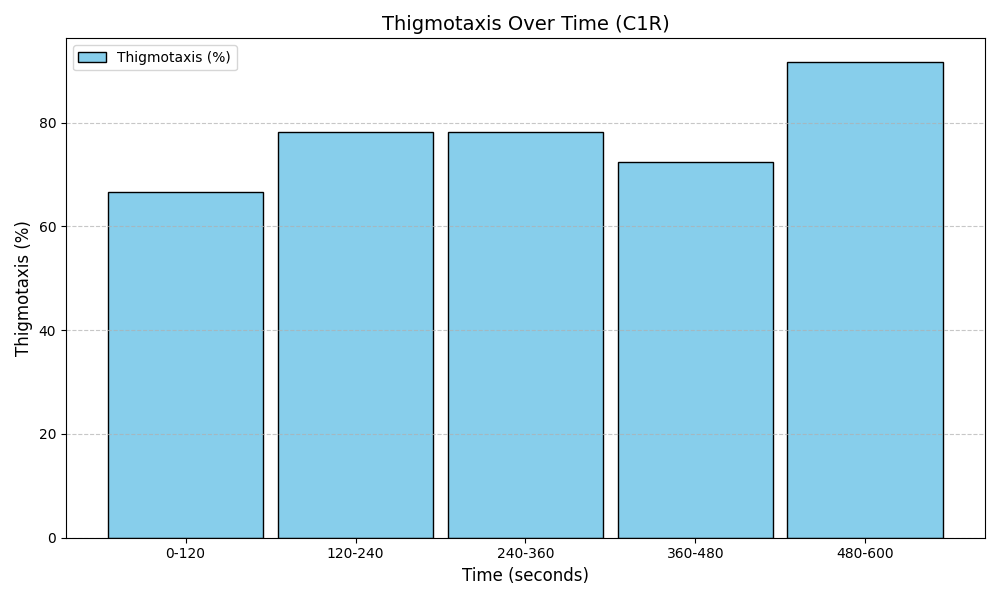
Repository: ZoharBNH5/Behavioral-Testing-Laboratory
Script's output: python bhave_tests.py
The author's editor kept a copy of each file at every save. The script's output is drawn from the files as they stood at one save, then again after the next save.
Random numbers start from a fixed seed. It also reads C1R_271124_new.mat, C2R_271124_new.mat.

Above is the script's output before, as saved 2024-11-29 12:52:13.

### bhave_tests.py
import numpy as np
import scipy.io


import matplotlib.pyplot as plt
from scipy.io import loadmat
import matplotlib.pyplot



# load data from file
data = loadmat('C1R_271124_new.mat')
mouse_num = "C1R"

print(data.keys())
# Extract grooming start-stop data
grooming_start_stop = data.get('grooming_start_stop', None)
crossing_times = data.get('crossing_times', None)
periphery_times = data.get('periphery_times', None)

if crossing_times is not None and periphery_times is not None and grooming_start_stop is not None:
    # Flatten arrays for processing
    crossing_times = crossing_times.flatten()
    periphery_times = periphery_times.flatten()
    grooming_start_stop = grooming_start_stop.T  # Transpose grooming data for easier handling

# Define bins (2-minute intervals over 10 minutes)
    bin_edges = np.arange(0, 600 + 120, 120)  # Bins of 2 minutes (120 seconds)
    bin_centers = (bin_edges[:-1] + bin_edges[1:]) / 2  # Midpoints for plotting

# Calculate Thigmotaxis per bin
    thigmotaxis_values = []
    for start, end in zip(bin_edges[:-1], bin_edges[1:]):
        # Filter crossing and peripheral crossing within the current bin
        crossings_in_bin = (crossing_times >= start) & (crossing_times < end)
        periphery_in_bin = (periphery_times >= start) & (periphery_times < end)

        total_crossings = np.sum(crossings_in_bin)
        peripheral_crossings = np.sum(periphery_in_bin)

        # Calculate Thigmotaxis for the bin
        thigmotaxis = (peripheral_crossings / total_crossings) * 100 if total_crossings > 0 else 0
        thigmotaxis_values.append(thigmotaxis)

    # Plotting the results
    plt.figure(figsize=(10, 6))
    plt.bar(bin_centers, thigmotaxis_values, width=110, color='skyblue', edgecolor='black', label='Thigmotaxis (%)')
    plt.title(f'Thigmotaxis Over Time ({mouse_num})', fontsize=14)
    plt.xlabel('Time (seconds)', fontsize=12)
    plt.ylabel('Thigmotaxis (%)', fontsize=12)
    plt.xticks(bin_centers, labels=[f'{int(edge)}-{int(edge+120)}' for edge in bin_edges[:-1]])
    plt.grid(axis='y', linestyle='--', alpha=0.7)
    plt.legend()
    plt.tight_layout()
    plt.show()
else:
    print("Required data (crossing_times, periphery_times, or grooming_start_stop) not found in the provided file.")

After the next save:
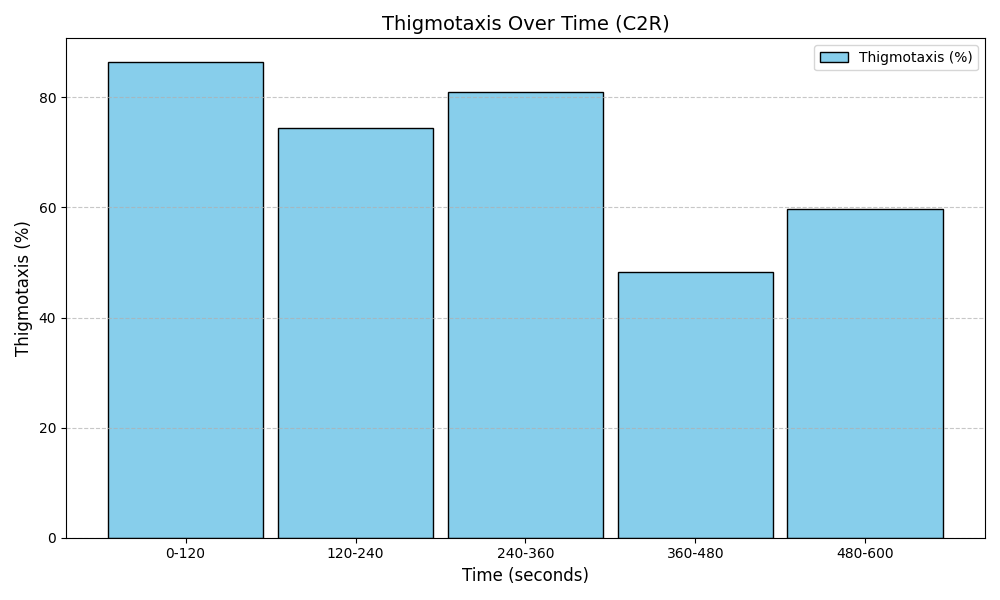
Saved 27 s later.
--- a/bhave_tests.py
+++ b/bhave_tests.py
@@ -9,8 +9,8 @@ import matplotlib.pyplot
 
 
 # load data from file
-data = loadmat('C1R_271124_new.mat')
-mouse_num = "C1R"
+data = loadmat('C2R_271124_new.mat')
+mouse_num = "C2R"
 
 print(data.keys())
 # Extract grooming start-stop data
